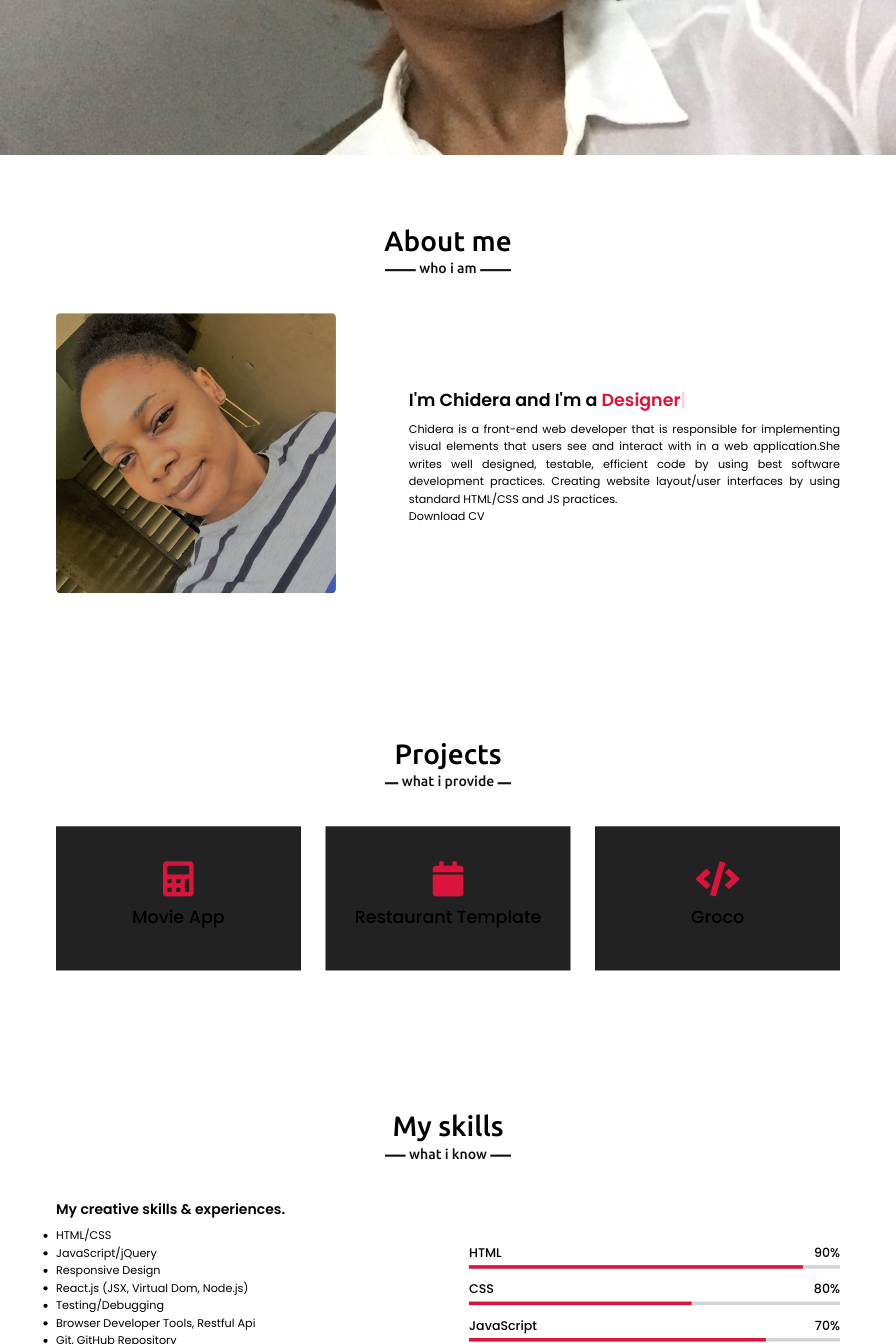
Repository: DeraBola/Portfolio
Page: index.html
An editor plug-in stored every save of this project. The page is shown before and after the next save, followed by the edit.
The browser window is 1280 px wide. The pictures show the part of the page from y = 498 to 2418 px (the page is 3279 px tall), at 70% of full size.
Backgrounds fixed to the window are drawn as part of the page.

Above is the page before, as saved 2023-01-05 13:54:18.
Console error: ReferenceError: $ is not defined

After the next save:
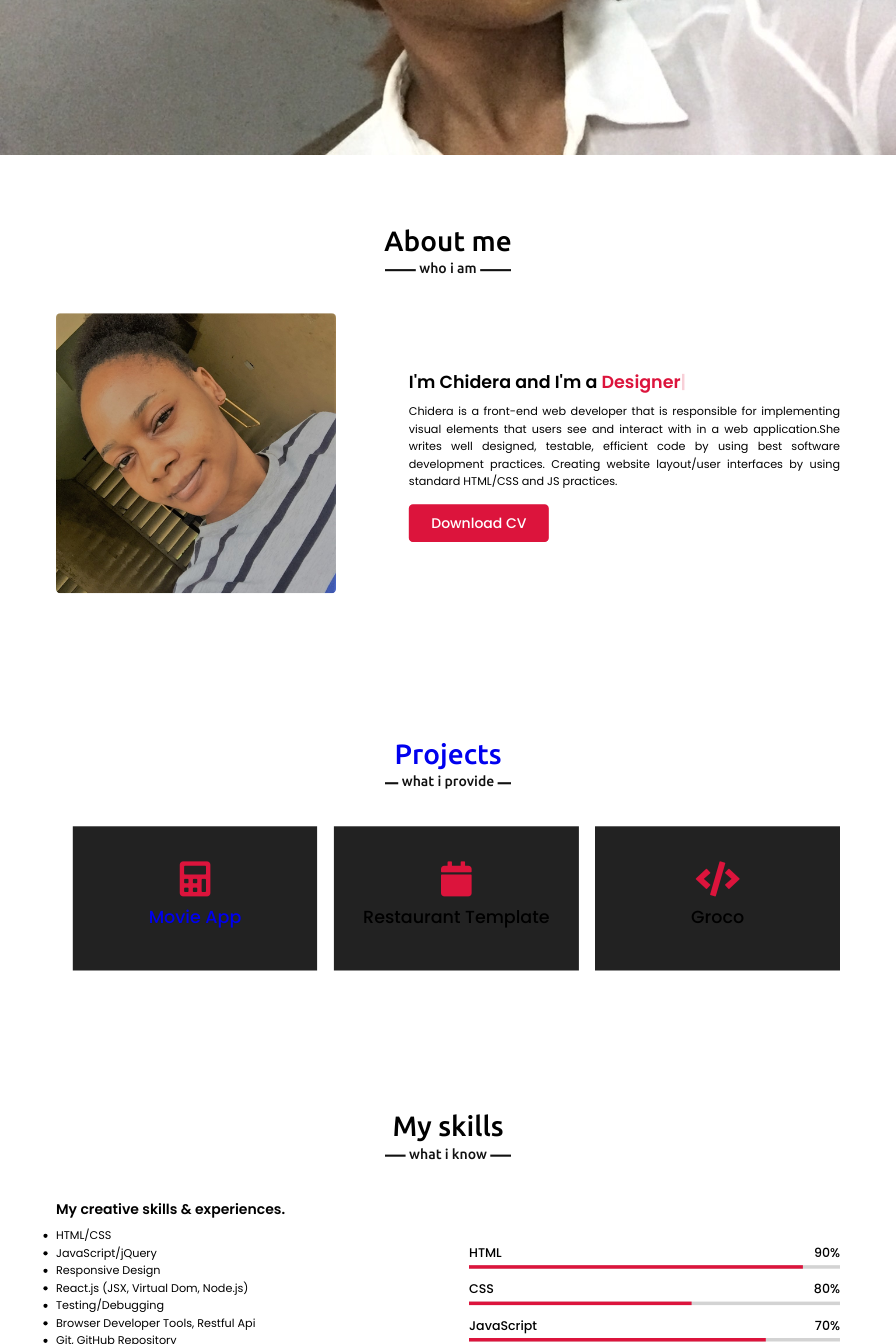
Saved 97 s later.
--- a/index.html
+++ b/index.html
@@ -59,7 +59,7 @@
                     <div class="text">I'm Chidera and I'm a <span class="typing-2"></span></div>
                     <p>Chidera is a front-end web developer that is responsible for implementing visual elements that users see and interact with in a web application.She writes well designed, testable, efficient code by using best software development practices.
                         Creating website layout/user interfaces by using standard HTML/CSS and JS practices.</p>
-                    <embed href="/ChideraAdu.pdf">Download CV</embed>
+                    <a href="/ChideraAdu.pdf">Download CV</embed>
                 </div>
             </div>
         </div>
@@ -75,27 +75,27 @@
                     <div class="box">
                         <i class="fa fa-calculator" aria-hidden="true"></i>
                         <div class="text">Movie App<a href="https://calcjquery.netlify.app/"><span class="link"></span></a></div>
-                    </div>
-                </div>
-
-                <div class="card">
-                    <div class="box">
-                        <i class="fa fa-calendar" aria-hidden="true"></i>
-                        <div class="text">Restaurant Template
-                            <a href="https://calendar-coursera-dera.netlify.app/">
-                                <span class="link-2"></span></a>
-                        </div>
-                    </div>
-                </div>
-
-                <div class="card">
-                    <div class="box">
-                        <i class="fas fa-code"></i>
-                        <div class="text">Groco <a href="https://hmw-coursera-js.netlify.app/"><span class="link-3"></span></a>
-                        </div>
-                    </div>
-                </div>
-            </div>
+            </div>
+        </div>
+
+        <div class="card">
+            <div class="box">
+                <i class="fa fa-calendar" aria-hidden="true"></i>
+                <div class="text">Restaurant Template
+                    <a href="https://calendar-coursera-dera.netlify.app/">
+                        <span class="link-2"></span></a>
+                </div>
+            </div>
+        </div>
+
+        <div class="card">
+            <div class="box">
+                <i class="fas fa-code"></i>
+                <div class="text">Groco <a href="https://hmw-coursera-js.netlify.app/"><span class="link-3"></span></a>
+                </div>
+            </div>
+        </div>
+        </div>
         </div>
     </section>
 
